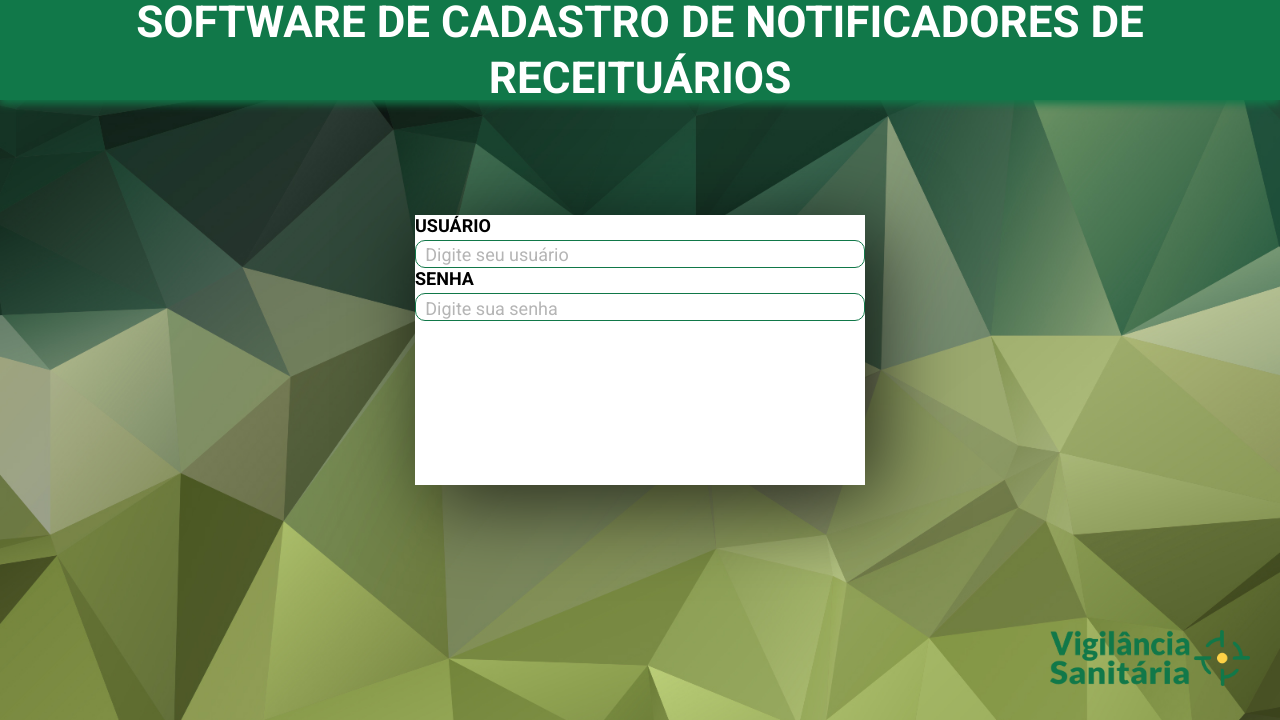
Repository: milena-rosa/web-prescription-notifier
Page: /
These files come from the project's save history. The page is drawn as it stood at one moment and after the next save; the edit follows.
The browser window is 1280 px wide. The pictures show the whole page.
The project was rebuilt for these pictures with package versions that can differ from the ones it lists, and the page was loaded fresh each time. Also part of the build but not shown: src/pages/Home/styles.ts, src/pages/Home/index.tsx.

Above is the page before, as saved 2021-11-07 13:22:36.

After the next save:
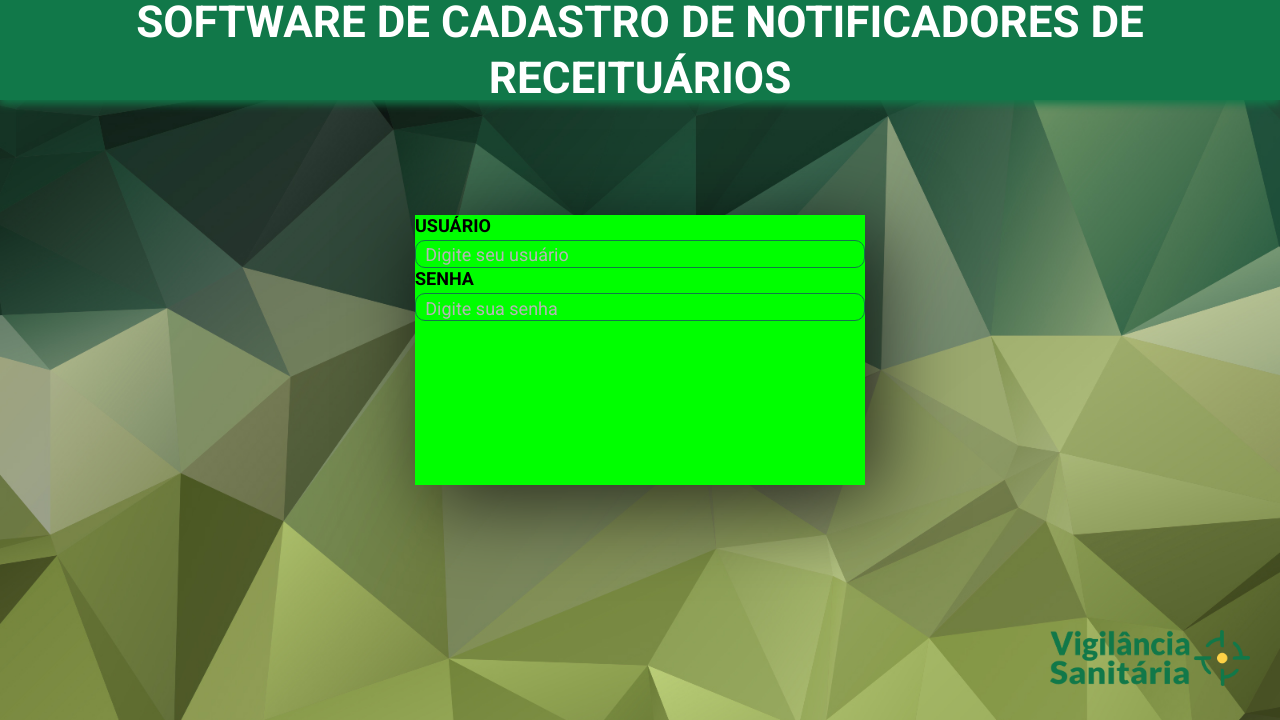
Saved 10 s later.
--- a/src/pages/SignIn/styles.ts
+++ b/src/pages/SignIn/styles.ts
@@ -34,6 +34,7 @@
 
   > div {
     background-color: var(--white);
+    background: lime;
     filter: drop-shadow(15px 15px 42px rgba(0, 0, 0, 0.7));
     height: 16.875rem;
     padding: 2.1875rem auto;
